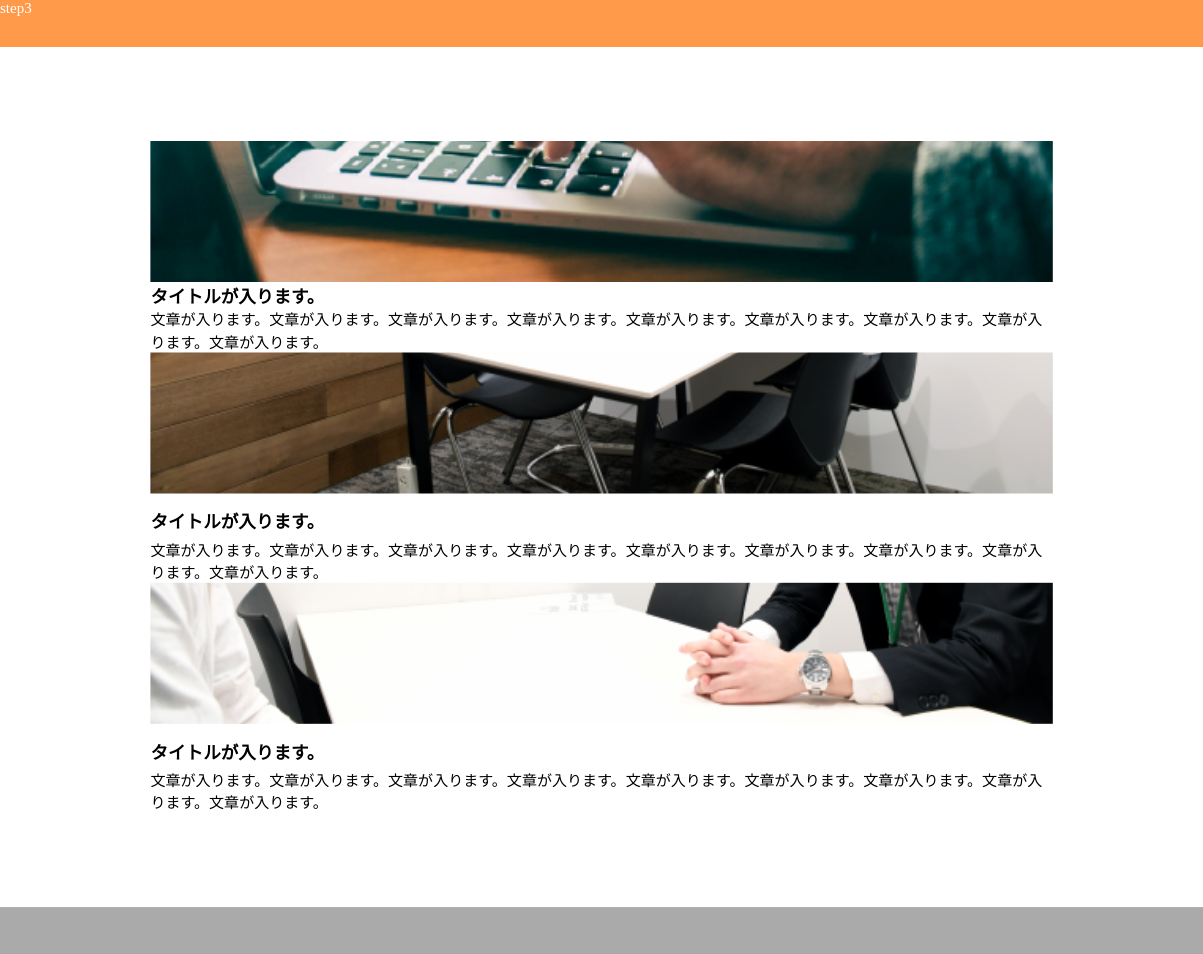
Repository: cyaomasa/java-
Page: chapter9/index9-2.html
The author's editor kept a record of every edit. The page is drawn from the files as they stood at one moment, then again after the next edit.
The browser window is 1280 px wide. The pictures show the whole page, at 94% of full size.
Some web libraries are served in a nearby version.

Above is the page before.

### chapter9/index9-2.html
<!DOCTYPE html>
<html lang="ja">
  <head>
    <meta charset="UTF-8" />
    <title>ennsyuuu9</title>
    <script src="https://kit.fontawesome.com/7dea513659.js" crossorigin="anonymous"></script>
    <link rel="stylesheet" href="style9-2.css" />
  </head>

  <body>
    <header></header>
    <main>
     <div class="blog">

      <div class="blog-item1">
        <div class="blog-image1">
          <span class="category">step</span>
        </div>
        <h3>タイトルが入ります。</h3>
        <P>文章が入ります。文章が入ります。文章が入ります。文章が入ります。文章が入ります。文章が入ります。文章が入ります。文章が入ります。文章が入ります。</P>
      </div>

      <div class="blog-item2">
        <div class="blog-image2">
          <span class="category">step2</span>
        </div>
        <h3 class="title">タイトルが入ります。</h3>
        <P>文章が入ります。文章が入ります。文章が入ります。文章が入ります。文章が入ります。文章が入ります。文章が入ります。文章が入ります。文章が入ります。</P>
      </div>

      <div class="blog-item3">
        <div class="blog-image3">
          <span class="category">step3</span>
        </div>
        <h3 class="title">タイトルが入ります。</h3>
        <P>文章が入ります。文章が入ります。文章が入ります。文章が入ります。文章が入ります。文章が入ります。文章が入ります。文章が入ります。文章が入ります。</P>
      </div>

     </div>
    </main>


    <footer></footer>
  </body>

### chapter9/style9-2.css
* {
  margin: 0;
  padding: 0;
  box-sizing: border-box;
}
header {
  height: 50px;
  background-color: #FF9A4B;
}

main {
  padding: 50px 0;
  width: 960px;
  display: flex;
  justify-content: center;
  margin: 50px auto;
}

.blog-item {
width: 300px;
padding: 10px;
margin-right: 30px;
background-color: #EEEEEE;
position: relative;
}

.blog-item:last-child {
  margin-right: 0;
}

.category {
  position: absolute;
  top: 0;
  left: 0;
  background-color: #FF9A4B;
  color: #FFFFFF;
}

.blog-image1 {
  background-image: url(img/flow01.png);
  height: 150px;
  background-position: bottom;
  background-size: cover;
}

.blog-image2 {
  background-image: url(img/flow02.png);
  height: 150px;
  background-position: bottom;
  background-size: cover;
}

.blog-image3 {
  background-image: url(img/flow03.png);
  height: 150px;
  background-position: bottom;
  background-size: cover;
}
.title {
  margin: 15px 0 5px;
}

footer {
  height: 50px;
  background-color: #AAAAAA;
}

@media screen and (max-width: 768px) {

header {
  width: 100%;
}

main {
  width: 100%;
  display: block;

}
}

After the next edit:
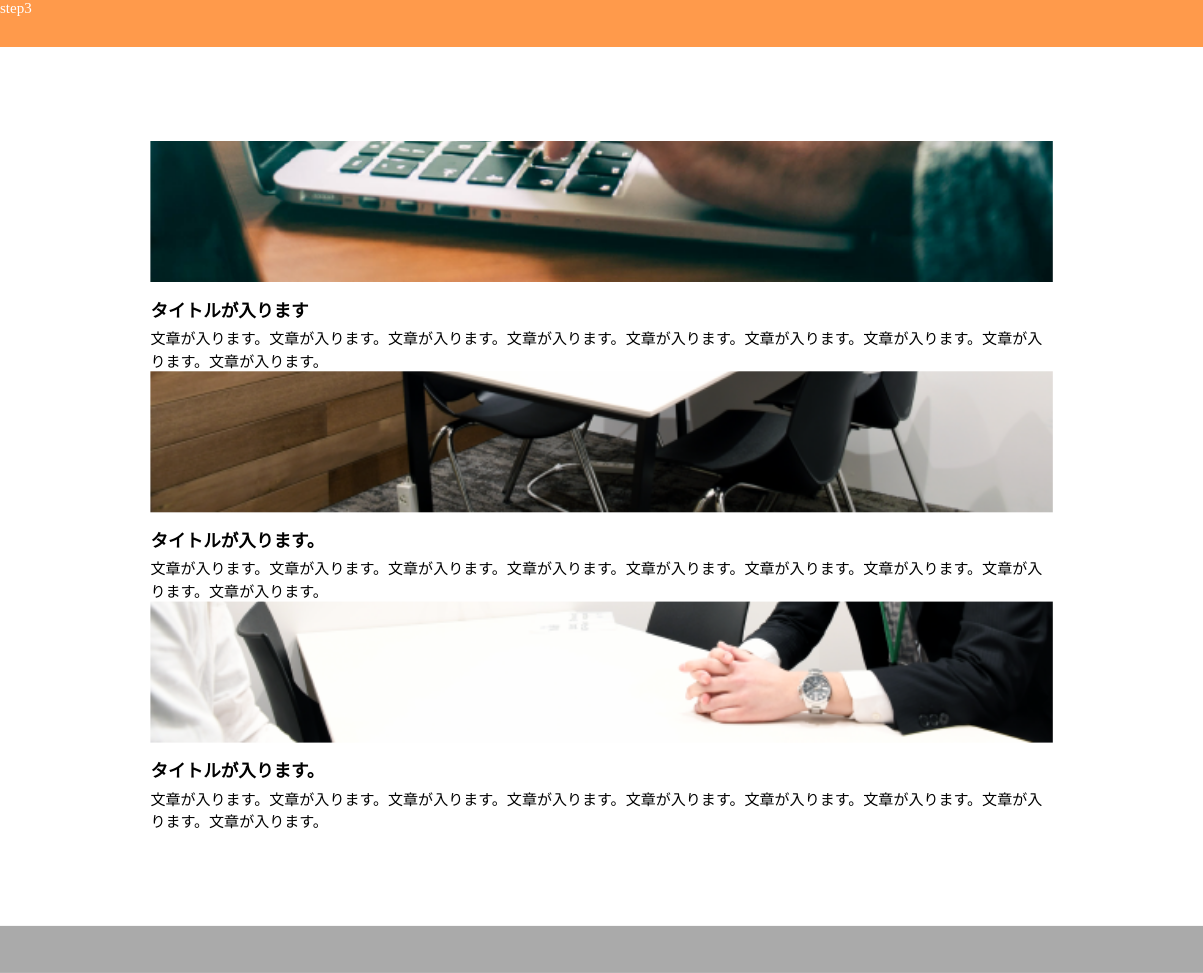
The edit:
--- a/chapter9/index9-2.html
+++ b/chapter9/index9-2.html
@@ -16,7 +16,7 @@
         <div class="blog-image1">
           <span class="category">step</span>
         </div>
-        <h3>タイトルが入ります。</h3>
+        <h3 class="title">タイトルが入ります</h3>
         <P>文章が入ります。文章が入ります。文章が入ります。文章が入ります。文章が入ります。文章が入ります。文章が入ります。文章が入ります。文章が入ります。</P>
       </div>
 
